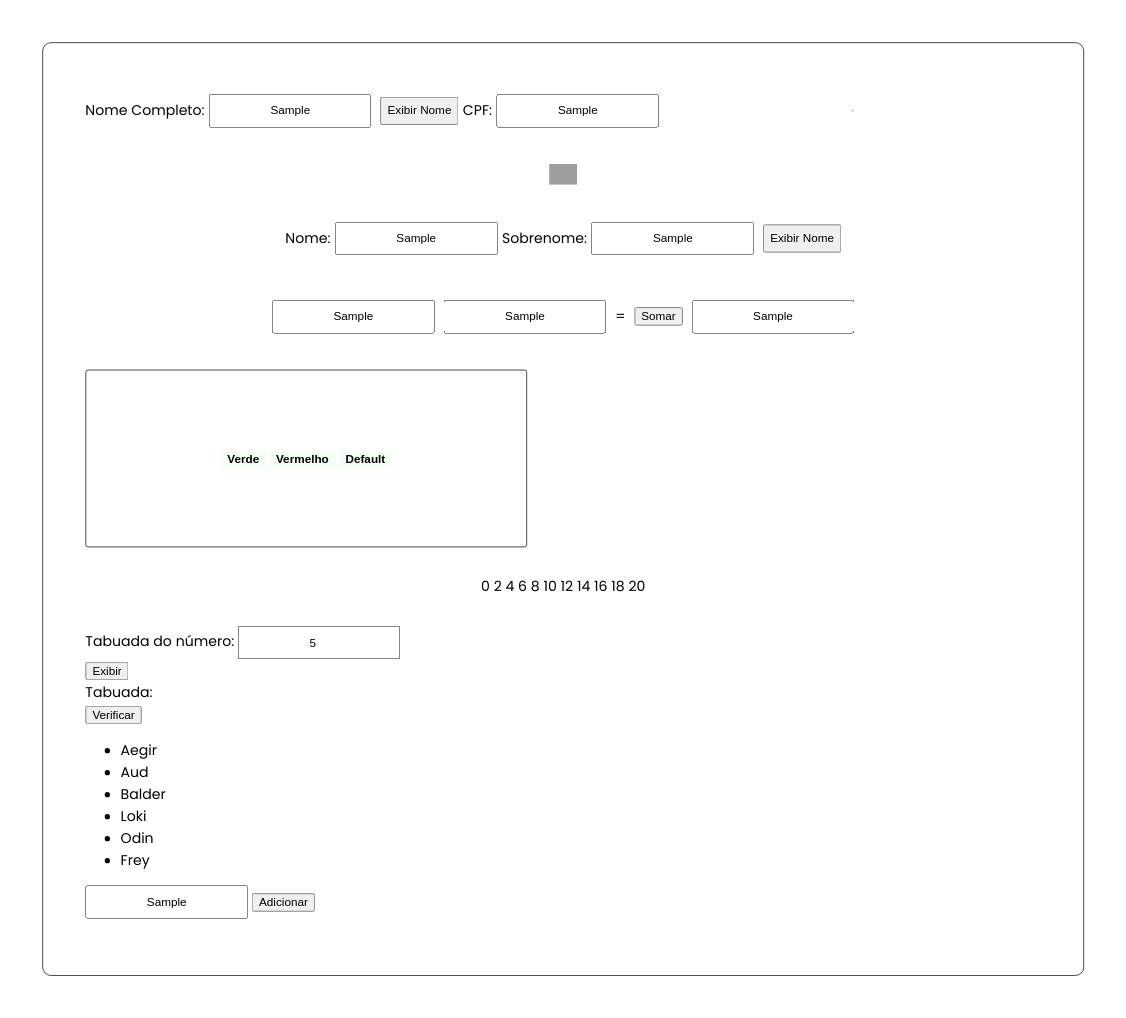
Repository: guilhermecardoso93/exerciciosjs
Page: index.html
The author's editor kept a copy of each file at every save. The page is drawn from the files as they stood at one save, then again after the next save.
The browser window is 1280 px wide. The pictures show the whole page, at 88% of full size.
Empty fields were first filled with sample values (such as "Sample", 5 or name@example.com).
After loading, the first visible `button[onclick="adicionarTexto()"]` was clicked once.
Pictures or frames that could not be fetched are drawn as grey boxes.

Above is the page before, as saved 2023-05-21 17:21:13.
Console error: ReferenceError: adicionarTexto is not defined

After the next save:
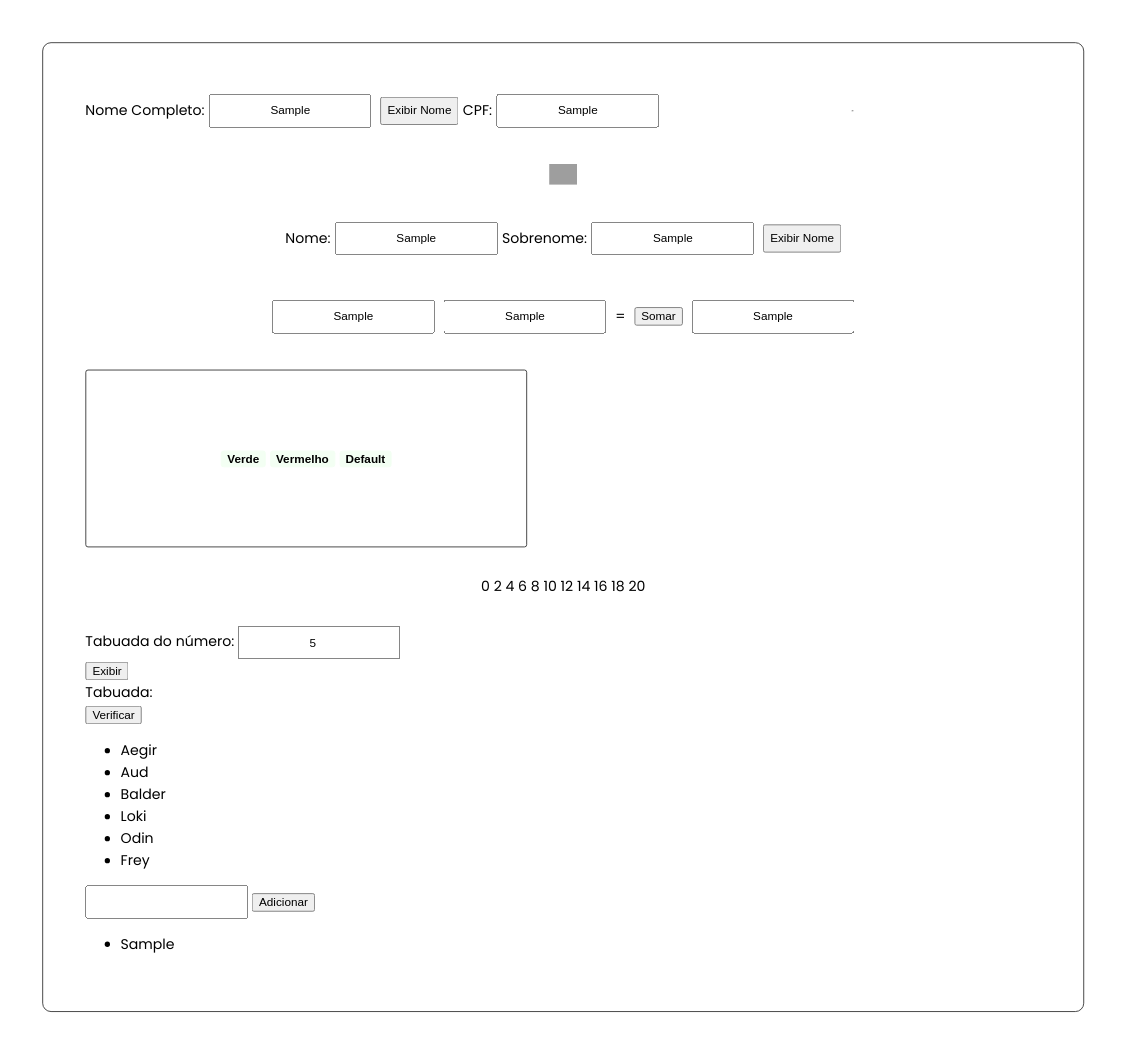
The error is gone.
Saved 7 s later.
--- a/script.js
+++ b/script.js
@@ -157,3 +157,27 @@ deuses.forEach(deus => {
   li.textContent = deus;
   ul.appendChild(li);
 })
+
+
+var arrayTexto = [];
+
+function adicionarTexto() {
+  var input = document.getElementById('inputTexto');
+  var texto = input.value;
+
+  arrayTexto.push(texto);
+  input.value = '';
+
+  exibirLista();
+}
+
+function exibirLista() {
+  var ul = document.getElementById('lista');
+  ul.innerHTML = '';
+
+  arrayTexto.forEach(function(texto) {
+    var li = document.createElement('li');
+    li.textContent = texto;
+    ul.appendChild(li);
+  });
+}
